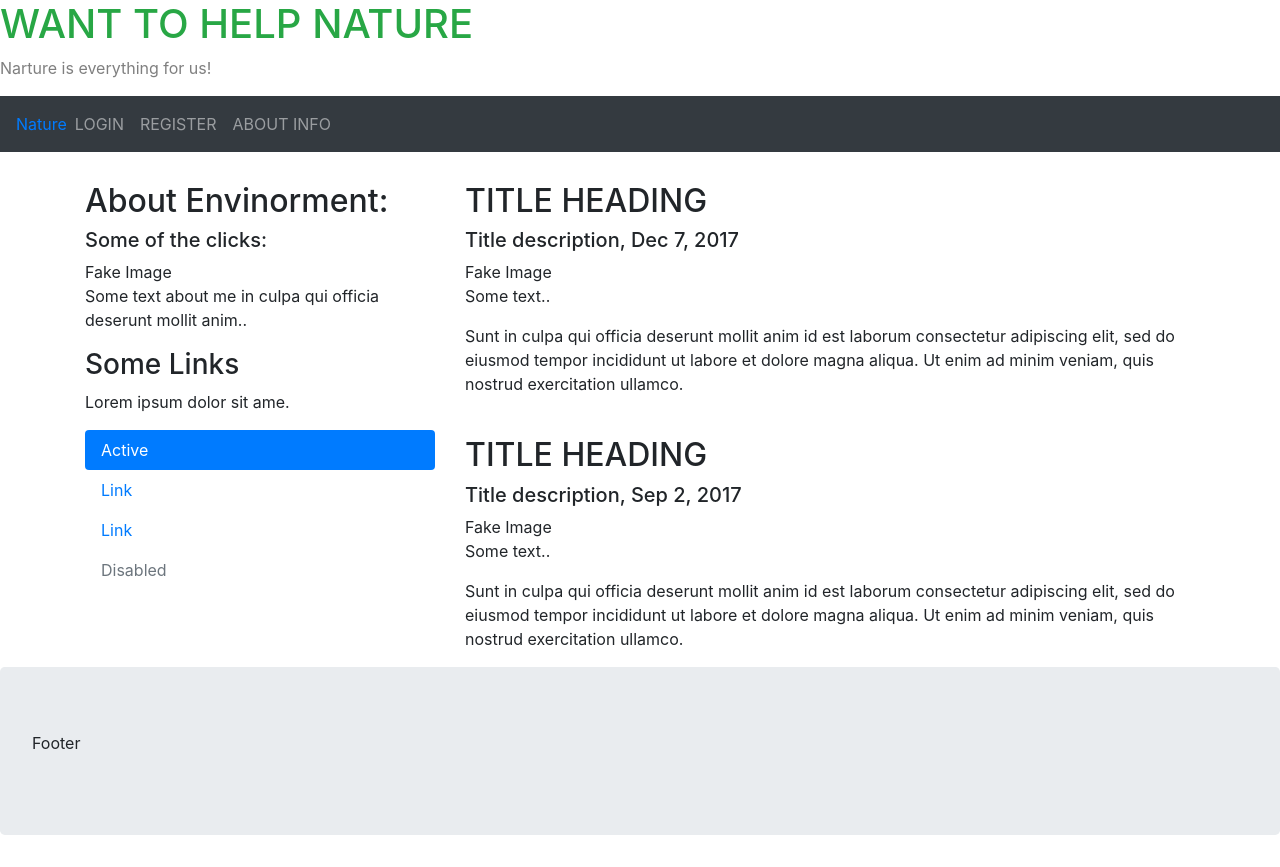
Repository: Apoorvasuswaram/cts
Page: appu/WebContent/main.html
An editor plug-in stored every save of this project. The page is shown before and after the next save, followed by the edit.
The browser window is 1280 px wide. The pictures show the whole page.

Above is the page before, as saved 2020-01-18 11:53:28.

### appu/WebContent/main.html
<!DOCTYPE html>
<html lang="en">
<head>
  <title>WANT TO HELP NATURE</title>
  <meta charset="utf-8">
  <meta name="viewport" content="width=device-width, initial-scale=1">
  <link rel="stylesheet" href="https://maxcdn.bootstrapcdn.com/bootstrap/4.4.1/css/bootstrap.min.css">
  <script src="https://ajax.googleapis.com/ajax/libs/jquery/3.4.1/jquery.min.js"></script>
  <script src="https://cdnjs.cloudflare.com/ajax/libs/popper.js/1.16.0/umd/popper.min.js"></script>
  <script src="https://maxcdn.bootstrapcdn.com/bootstrap/4.4.1/js/bootstrap.min.js"></script>
  <style>
  .fakeimg{
  .rounded_circle {
  <img src="beautiful.jpg" class="rounded-circle" alt="Nature" width="304" height="236">
    height: 200px;
    background: #aaa;
  }
  }
  </style>
</head>
<body>

<div class="text-black-50" class="jumbotron text-center text-danger" style="margin-bottom:10" >
  <h1 class="text-success">WANT TO HELP NATURE</h1>
  <p>Narture is everything for us!</p>
</div>

<nav class="navbar navbar-expand-sm bg-dark navbar-dark">
  <a class="nature" href="https://www.nature.com/">Nature</a>
  <button class="navbar-toggler" type="button" data-toggle="collapse" data-target="#collapsibleNavbar">
    <span class="navbar-toggler-icon"></span>
  </button>
  <div class="collapse navbar-collapse" id="collapsibleNavbar">
    <ul class="navbar-nav">
      <li class="nav-item">
        <a class="nav-link" href="a.html">LOGIN</a>
      </li>
      <li class="nav-item">
        <a class="nav-link" href="b.html">REGISTER</a>
      </li>
      <li class="nav-item">
        <a class="nav-link" href="c.html">ABOUT INFO</a>
      </li>
    </ul>
  </div>
</nav>

<div class="container" style="margin-top:30px">
  <div class="row">
    <div class="col-sm-4">
      <h2>About Envinorment:</h2>
      <h5>Some of the clicks:</h5>
      <div class="fakeimg">Fake Image</div>
      <p>Some text about me in culpa qui officia deserunt mollit anim..</p>
      <h3>Some Links</h3>
      <p>Lorem ipsum dolor sit ame.</p>
      <ul class="nav nav-pills flex-column">
        <li class="nav-item">
          <a class="nav-link active" href="#">Active</a>
        </li>
        <li class="nav-item">
          <a class="nav-link" href="#">Link</a>
        </li>
        <li class="nav-item">
          <a class="nav-link" href="#">Link</a>
        </li>
        <li class="nav-item">
          <a class="nav-link disabled" href="#">Disabled</a>
        </li>
      </ul>
      <hr class="d-sm-none">
    </div>
    <div class="col-sm-8">
      <h2>TITLE HEADING</h2>
      <h5>Title description, Dec 7, 2017</h5>
      <div class="fakeimg">Fake Image</div>
      <p>Some text..</p>
      <p>Sunt in culpa qui officia deserunt mollit anim id est laborum consectetur adipiscing elit, sed do eiusmod tempor incididunt ut labore et dolore magna aliqua. Ut enim ad minim veniam, quis nostrud exercitation ullamco.</p>
      <br>
      <h2>TITLE HEADING</h2>
      <h5>Title description, Sep 2, 2017</h5>
      <div class="fakeimg">Fake Image</div>
      <p>Some text..</p>
      <p>Sunt in culpa qui officia deserunt mollit anim id est laborum consectetur adipiscing elit, sed do eiusmod tempor incididunt ut labore et dolore magna aliqua. Ut enim ad minim veniam, quis nostrud exercitation ullamco.</p>
    </div>
  </div>
</div>

<div class="jumbotron" style="margin-top:10">
  <p>Footer</p>
</div>

</body>
</html>

After the next save:
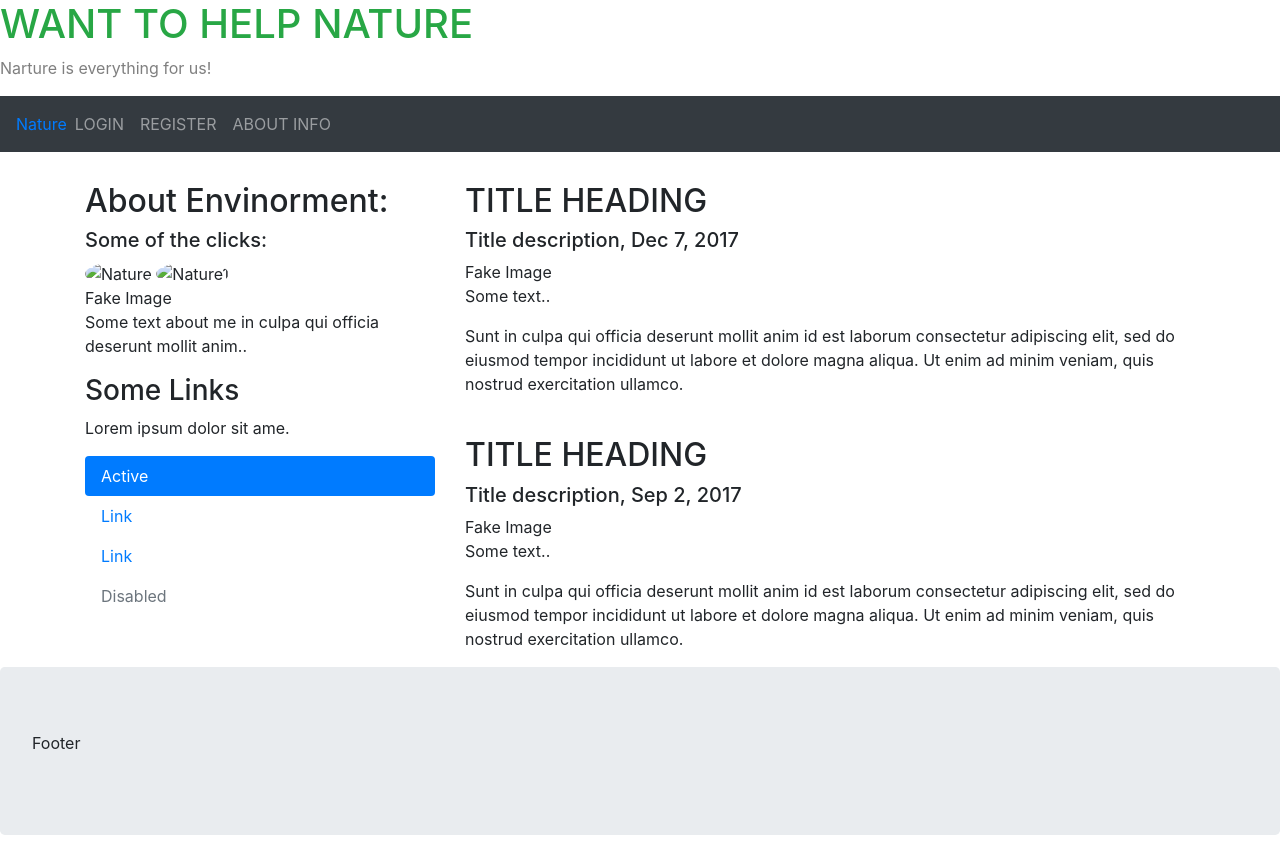
Saved 111 s later.
--- a/appu/WebContent/main.html
+++ b/appu/WebContent/main.html
@@ -50,6 +50,8 @@
     <div class="col-sm-4">
       <h2>About Envinorment:</h2>
       <h5>Some of the clicks:</h5>
+      <img src="" class="rounded-circle" alt="Nature" width="304" height="236">
+      <img src="" class="rounded-circle" alt="Nature1" width="304" height="236">
       <div class="fakeimg">Fake Image</div>
       <p>Some text about me in culpa qui officia deserunt mollit anim..</p>
       <h3>Some Links</h3>
